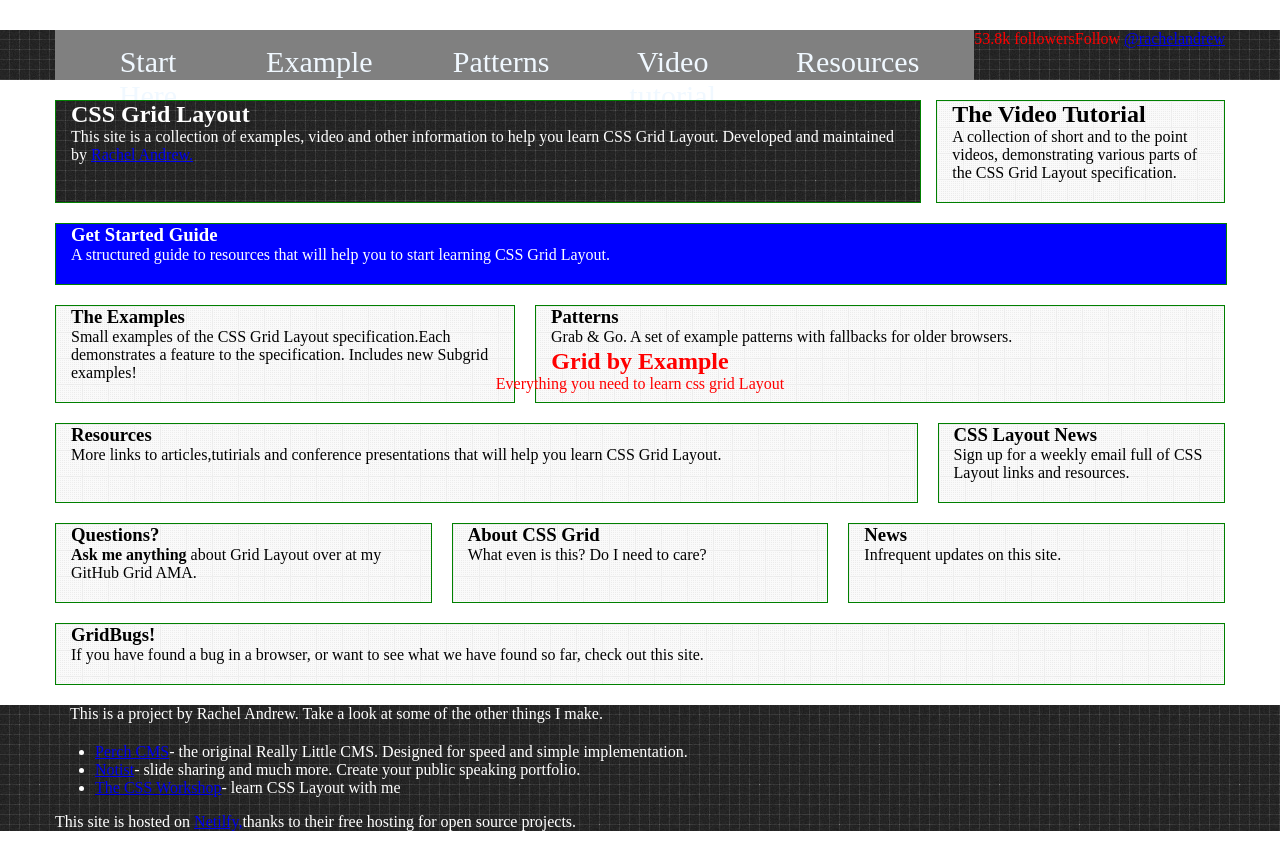
Repository: sitikhusushan/grid
Page: index.html
The author's editor kept a copy of each file at every save. The page is drawn from the files as they stood at one save, then again after the next save.
The browser window is 1280 px wide. The pictures show the whole page.

Above is the page before, as saved 2020-05-13 18:21:49.

### index.html
<!DOCTYPE html>
<html lang="en">
  <head>
    <meta charset="UTF-8" />
    <meta name="viewport" content="width=device-width, initial-scale=1.0" />
    <title>Grid View</title>
    <link rel="stylesheet" href="style.css" />
  </head>
  <body>
    <header>
    <div class="header">
      <div class="container">
        <div class="balance">
          <div class="social">
            <a href="#"><i class="fab fa-twitter"></i></a>
            <span> Follow <a href="#">@rachelandrew</a></span>
            <span>53.8k followers</span>
          </div>
          <div class="top">
        <h2>Grid by Example</h2>
        <p>Everything you need to learn css grid Layout</p>
        </div>
        </div>
        <ul>
          <li>Start Here</li>
          <li>Example</li>
          <li>Patterns</li>
          <li>Video tutorial</li>
          <li>Resources</li>
        </ul>
      </div>
    </div>
    </header>
    <div class="layout">
      <div class="container">
        <div class="layouts">
        <div class="left">
          <h2>CSS Grid Layout</h2>
          <p>
            This site is a collection of examples, video and other information
            to help you learn CSS Grid Layout. Developed and maintained by
            <a href="#">Rachel Andrew.</a>
          </p>
        </div>
        <div class="right">
          <h2>The Video Tutorial</h2>
          <p>
            A collection of short and to the point videos, demonstrating various
            parts of the CSS Grid Layout specification.
          </p>
        </div>
      </div>
    </div>
    </div>
    <div class="guide ">
      <div class="container">
        <div class="guides">
        <h3>Get Started Guide</h3>
        <p>
          A structured guide to resources that will help you to start learning
          CSS Grid Layout.
        </p>
      </div>
      </div>
    </div>
    <div class="new">
      <div class="container">
        <div class="news">
        <div class="left">
          <h3>The Examples</h3>
          <p>
            Small examples of the CSS Grid Layout specification.Each
            demonstrates a feature to the specification. Includes new Subgrid
            examples!
          </p>
        </div>
        <div class="right">
          <h3>Patterns</h3>
          <p>
            Grab & Go. A set of example patterns with fallbacks for older
            browsers.
          </p>
        </div>
      </div>
    </div>
    </div>
    <div class="resources">
      <div class="container">
        <div class="rs">
        <div class="left">
          <h3>Resources</h3>
          <p>
            More links to articles,tutirials and conference presentations that
            will help you learn CSS Grid Layout.
          </p>
        </div>
        <div class="right">
          <h3>CSS Layout News</h3>
          <p>
            Sign up for a weekly email full of CSS Layout links and resources.
          </p>
        </div>
      </div>
    </div>
    </div>
    <div class="question">
      <div class="container">
        <div class="qs">
        <div class="left">
          <h3>Questions?</h3>
          <p>
            <b>Ask me anything</b> about Grid Layout over at my GitHub Grid AMA.
          </p>
        </div>
        <div class="middle">
          <h3>About CSS Grid</h3>
          <p>What even is this? Do I need to care?</p>
        </div>
        <div class="right">
          <h3>News</h3>
          <p>Infrequent updates on this site.</p>
        </div>
      </div>
      </div>
    </div>
    <div class="bugs">
      <div class="container">
        <div class="bug">
        <h3>GridBugs!</h3>
        <p>
          If you have found a bug in a browser, or want to see what we have
          found so far, check out this site.
        </p>
      </div>
    </div>
    </div>
  <footer>
    <div class="foo">
      <div class="container">
      <p>This is a project by Rachel Andrew. Take a look at some of the other things I make.
        <ul>
          <li><a href="#">Perch CMS</a>- the original Really Little CMS. Designed for speed and simple implementation.</li>
          <li><a href="#">Notist</a>- slide sharing and much more. Create your public speaking portfolio.</li>
          <li><a href="#">The CSS Workshop</a>- learn CSS Layout with me</li>
        </ul>
        This site is hosted on <a href="#">Netilfy,</a>thanks to their free hosting for open source projects.
      </p>
      </div>
    </div>
  </footer>
  </body>
</html>

### style.css
body {
  padding: 0px;
  margin: 0px;
}

.container {
  width: 1170px;
  margin-left: auto;
  margin-right: auto;
  max-width: 100%;
  padding-left: 15px;
  padding-right: 15px;
}

/* .social {
  float: right;
  margin-bottom: 50px;
} */

img {
  width: 15px;
  height: 15px;
  margin: 0px;
  padding: 0px;
}

.social p {
  border-radius: 5px;
  border: salmon 1px solid;
  background-color: whitesmoke;
}

/* * {
  -webkit-box-sizing: border-box;
  -moz-box-sizing: border-box;
  box-sizing: border-box;
} */

.header {
  background-image: url("image/inflicted.png");
  color: aliceblue;
}

.balance {
  text-align: center;
  color: red;
}
.top {
  position: absolute;
  top: 50%;
  left: 50%;
  transform: translate(-50%, -50%);
}
.balance h2 {
  padding-top: 40px;
}
/* .header ul {} */

/*
.header .container {
  margin: 0px;
  padding: 0px;
} */

.header ul {
  list-style: none;
  display: grid;
  grid-template-columns: repeat(5, 1fr);
  grid-gap: 50px;
  font-size: 30px;
  grid-auto-rows: 50px;
  margin-bottom: auto;
  text-align: center;
  background-color: grey;
  padding-right: 40px;
}
.header li {
  padding: 15px;
}

span {
  float: right;
  padding-bottom: 50px;
}

.header li:hover {
  background-color: black;
}

.layout .left {
  background-image: url("image/inflicted.png");
  color: #ffffff;
}

.right {
  background-image: url("image/tiny_grid.png");
}

.guides {
  width: 100%;
  background-color: blue;
  color: #ffffff;
  border: solid 1px green;
}

.left {
  background-image: url("image/tiny_grid.png");
}

.middle {
  background-image: url("image/tiny_grid.png");
}

.bug {
  background-image: url("image/tiny_grid.png");
  margin-bottom: 20px;
  border: solid 1px green;
}

footer {
  background-image: url("image/inflicted.png");
  color: #ffffff;
}

.layouts {
  display: grid;
  grid-template-columns: 3fr 1fr;
  grid-gap: 15px;
  margin-top: 20px;
  margin-bottom: 20px;
}

.layouts > div,
.news > div,
.rs > div,
.qs > div {
  border: solid 1px green;
}

.news {
  display: grid;
  grid-template-columns: 2fr 3fr;
  grid-gap: 20px;
  margin-top: 20px;
  margin-bottom: 20px;
}

.rs {
  display: grid;
  grid-template-columns: 3fr 1fr;
  grid-gap: 20px;
}

.qs {
  display: grid;
  grid-template-columns: 1fr 1fr 1fr;
  grid-gap: 20px;
  margin-top: 20px;
  margin-bottom: 20px;
}

h3,
p,
h2 {
  margin: 0px;
  padding-left: 15px;
  padding-right: 15px;
}

p {
  margin-bottom: 20px;
}

After the next save:
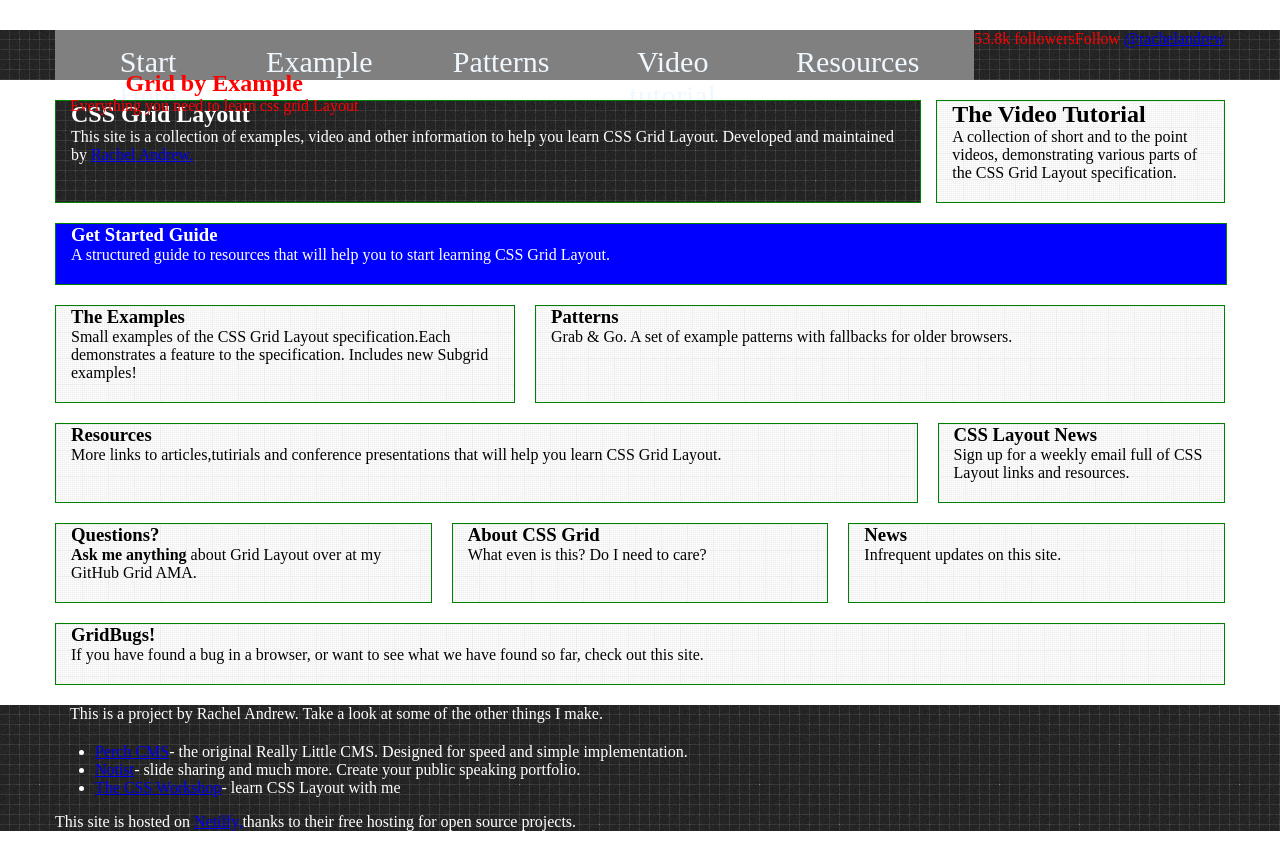
Saved 41 s later.
--- a/style.css
+++ b/style.css
@@ -47,9 +47,9 @@ img {
 }
 .top {
   position: absolute;
-  top: 50%;
+  /* top: 50%;
   left: 50%;
-  transform: translate(-50%, -50%);
+  transform: translate(-50%, -50%); */
 }
 .balance h2 {
   padding-top: 40px;
